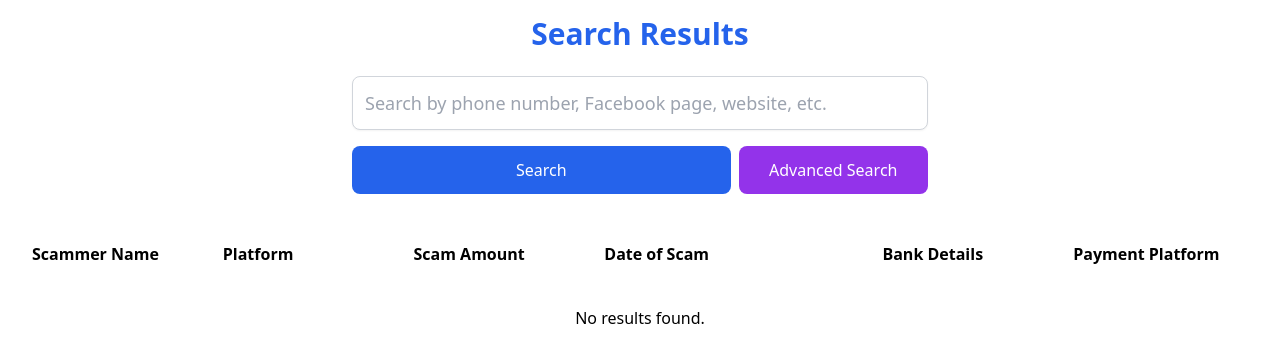
Repository: dev-athar/protarok
Page: /search
The author's editor kept a copy of each file at every save. The page is drawn from the files as they stood at one save, then again after the next save.
The browser window is 1280 px wide. The pictures show the whole page.
The project was rebuilt for these pictures with package versions that can differ from the ones it lists, and the page was loaded fresh each time. Also part of the build but not shown: vite.config.ts, src/pages/RecentScamsList.tsx, src/pages/HomePage.tsx, src/pages/SubmitScamPage.tsx, src/pages/ImageUploader.tsx, src/pages/AdvancedSearchPage.tsx.

Above is the page before, as saved 2025-01-01 14:49:39.

After the next save:
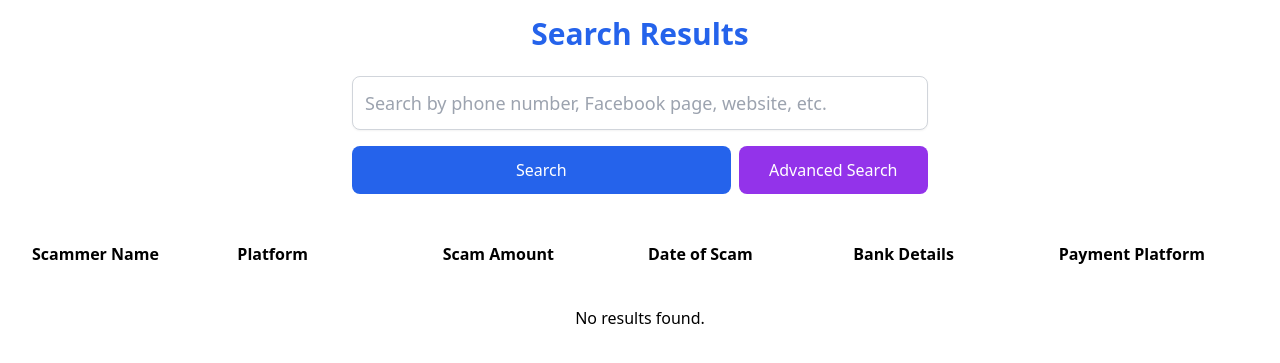
Saved 35 s later.
--- a/src/pages/SearchPage.tsx
+++ b/src/pages/SearchPage.tsx
@@ -58,7 +58,7 @@ const SearchPage = () => {
       <SearchBar onSearch={handleSearch} initialQuery={searchTerm} />
       <div className="mt-4">
         {/* Table Heading */}
-        <div className="grid grid-cols-[1fr_1fr_1fr_1.5fr_1fr_1fr] font-bold  p-4 rounded-t gap-4">
+        <div className="grid grid-cols-[1fr_1fr_1fr_1fr_1fr_1fr] font-bold  p-4 rounded-t gap-4">
           <span className="text-left">Scammer Name</span>
           <span className="text-left">Platform</span>
           <span className="text-left">Scam Amount</span>
@@ -79,7 +79,7 @@ const SearchPage = () => {
                 key={index}
                 className="border rounded p-4 bg-white shadow-md hover:shadow-lg"
               >
-                <div className="grid grid-cols-[1fr_1fr_1fr_1.5fr_1fr_1fr] gap-4">
+                <div className="grid grid-cols-[1fr_1fr_1fr_1fr_1fr_1fr] gap-4">
                   <div className="text-left">
                     <p>{result.scamProfileName}</p>
                   </div>
